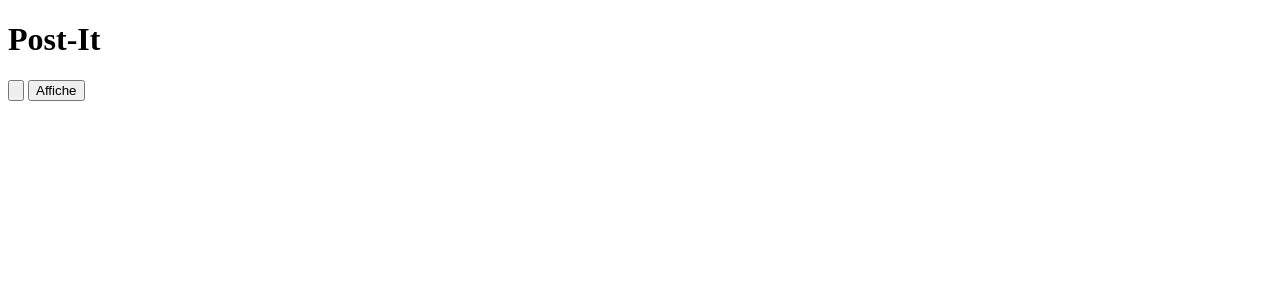
Repository: evalwebmeteofullstack/Gestion_meteo
Page: Notes/Cours + Exercices/Exercices/static/test/5em-code.html
The author's editor kept a copy of each file at every save. The page is drawn from the files as they stood at one save, then again after the next save.
The browser window is 1280 px wide. The pictures show the whole page.

Above is the page before, as saved 2019-02-04 08:12:08.

After the next save:
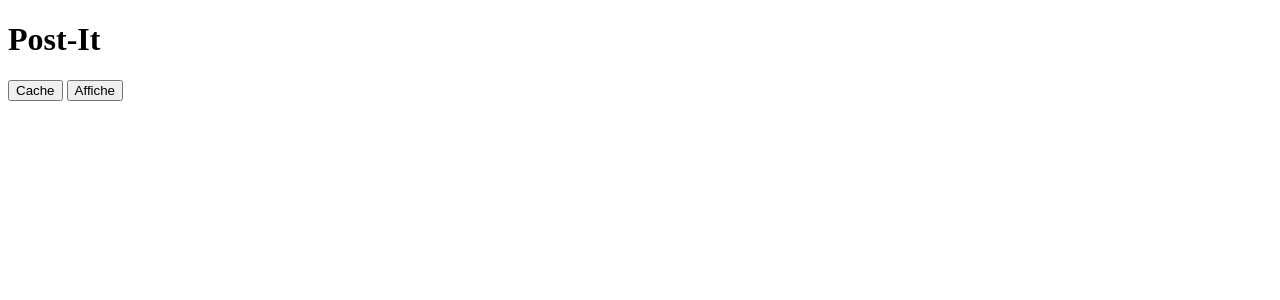
Saved 51 s later.
--- a/Notes/Cours + Exercices/Exercices/static/test/5em-code.html
+++ b/Notes/Cours + Exercices/Exercices/static/test/5em-code.html
@@ -4,8 +4,8 @@
 </head>
 <body>
 <h1>Post-It</h1>
-<input type="button">
-<input type="button" id="butAf" value="Affiche">
+<input type="button" name="butCache" id="butCach" value="Cache">
+<input type="button" name="butAfficher" id="butAf" value="Affiche">
 <script src="test5.js"></script>
 </body>
 </html>
